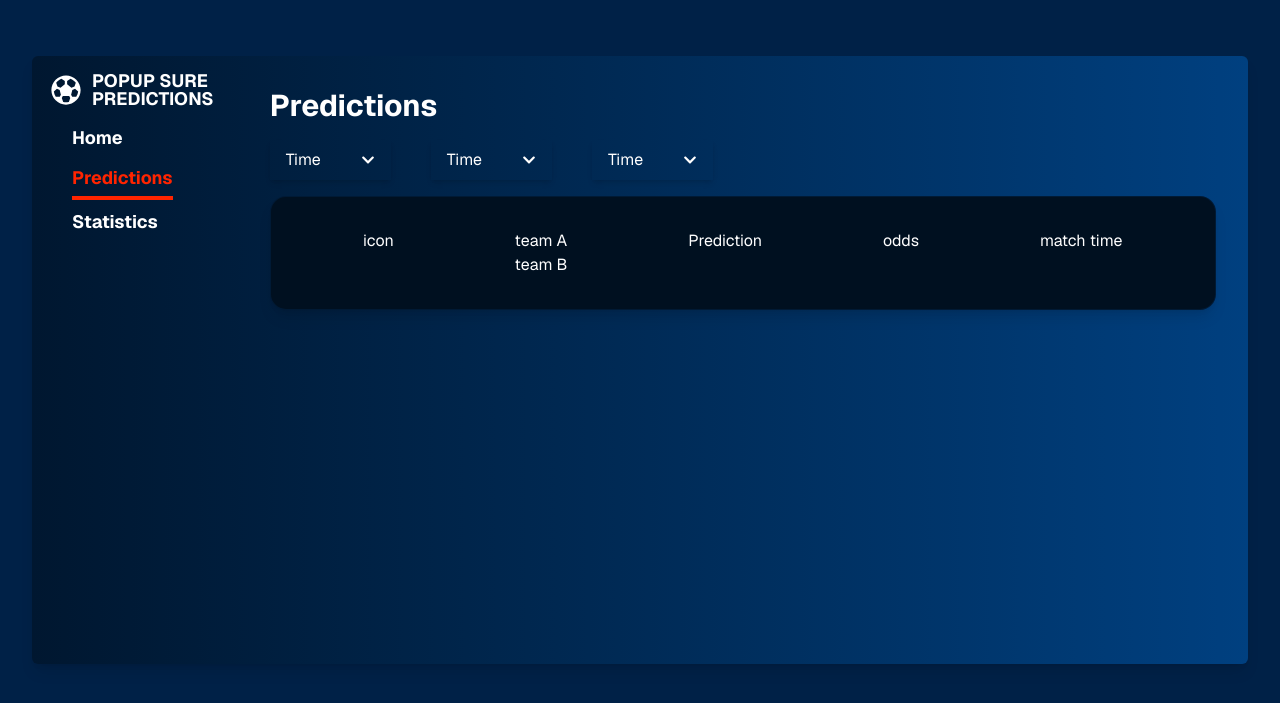
Repository: prototypedave/AlgoFooty
Page: /predictions (app in frontend/algo-footy/)
An editor plug-in stored every save of this project. The page is shown before and after the next save, followed by the edit.
The browser window is 1280 px wide. The pictures show the whole page.
The project was rebuilt for these pictures with package versions that can differ from the ones it lists, and the page was loaded fresh each time. The framework's server and built-in components were replaced by stand-ins that run in the browser. Also part of the build but not shown: frontend/algo-footy/next.config.ts.

Above is the page before, as saved 2025-11-03 08:04:18.

### frontend/algo-footy/app/predictions/page.tsx
"use client";

import Link from "next/link";
import { IoMdFootball } from "react-icons/io";
import { usePathname } from "next/navigation";
import DropdownButton from "@/components/dropdown";

export default function Predictions() {
    const pathname = usePathname();
    return (
        <div className="relative flex flex-col min-h-screen items-center justify-center bg-oxford-blue font-sans">
            <nav className="absolute inset-x-0 top-0 bottom-0 bg-gradient-to-r from-[#001730] to-[#004080] text-white max-h-full rounded-md mx-8 my-14 shadow-lg flex gap-10 p-4">
                <div className="flex flex-col">
                    <div className="flex gap-2">
                        <IoMdFootball className="text-4xl"/>
                        <p className="text-lg font-bold leading-none">
                            <span className="block">POPUP SURE </span>
                            <span className="block">PREDICTIONS</span>
                        </p>
                    </div>
                    <div className="flex flex-col items-start gap-2 pt-4 pl-6 font-bold text-lg text-white">
                        <Link
                            href="/home"
                            className={`pb-1 ${
                            pathname === "/home"
                                ? "border-b-4 border-black font-bold"
                                : "border-b-0"
                            }`}
                        >
                            Home
                        </Link>
                        <Link href="/predictions"
                            className={`inline-block pb-1 ${
                                pathname === "/predictions"? "border-b-4 border-orange-red font-bold text-orange-red" : "border-b-0 border-orange-red"
                            }`}>Predictions</Link>
                        <Link href={"/statistics"}>Statistics</Link>
                    </div>
                </div>
                <div className="flex flex-col p-4 gap-4 w-full">
                    <h1 className="text-3xl font-bold">Predictions</h1>
                    <div className="flex gap-10 w-full">
                            <DropdownButton />
                            <DropdownButton />
                            <DropdownButton />
                    </div>
                    <div className="flex w-full">
                        <ol className="w-full">
                            <li className="flex bg-[#001020] border border-[#003366]/30 rounded-2xl p-8 shadow-inner w-full shadow-lg justify-around">
                                <p>icon</p>
                                <div>
                                    <p>team A</p>
                                    <p>team B</p>
                                </div>
                                <p>Prediction</p>
                                <div>odds</div>
                                <div>match time</div>
                            </li>
                        </ol>
                    </div>
                </div>
            </nav>
        </div>
    );
}

### frontend/algo-footy/app/globals.css
@import "tailwindcss";

:root {
  --background: #ffffff;
  --foreground: #171717;
}

@theme inline {
  --color-background: var(--background);
  --color-foreground: var(--foreground);
  --font-sans: var(--font-geist-sans);
  --font-mono: var(--font-geist-mono);
}

@theme {
  --color-oxford-blue: #002147;
  --color-orange-red: #FF2400;
}

@media (prefers-color-scheme: dark) {
  :root {
    --background: #0a0a0a;
    --foreground: #ededed;
  }
}

body {
  background: var(--background);
  color: var(--foreground);
  font-family: Arial, Helvetica, sans-serif;
}

### frontend/algo-footy/components/dropdown.tsx
"use client";
import { useState } from "react";
import { FaChevronDown, FaChevronUp } from "react-icons/fa";

export default function DropdownButton() {
  const [open, setOpen] = useState(false);

  return (
    <div className="relative inline-block text-left">
      {/* Button */}
      <button
        onClick={() => setOpen(!open)}
        className="flex items-center justify-between gap-10 text-white-500 px-4 py-2 shadow-md hover:text-orange-red transition"
      >
        Time
        {open ? (
          <FaChevronUp className="text-sm" />
        ) : (
          <FaChevronDown className="text-sm" />
        )}
      </button>

      {/* Dropdown Menu */}
      {open && (
        <div className="absolute right-0 mt-2 w-48 shadow-lg">
          <ul className="py-1">
            <li>
              <a
                href="#profile"
                className="block px-4 py-2 text-white-300 hover:bg-orange-red"
              >
                Next 1hr
              </a>
            </li>
            <li>
              <a
                href="#settings"
                className="block px-4 py-2 text-white-200 hover:bg-orange-red"
              >
                Next 3hrs
              </a>
            </li>
            <li>
              <a
                href="#logout"
                className="block px-4 py-2 text-white-300 hover:bg-orange-red"
              >
                Next 6hrs
              </a>
            </li>
          </ul>
        </div>
      )}
    </div>
  );
}

Loaded but not shown: frontend/algo-footy/app/layout.tsx (common file)

After the next save:
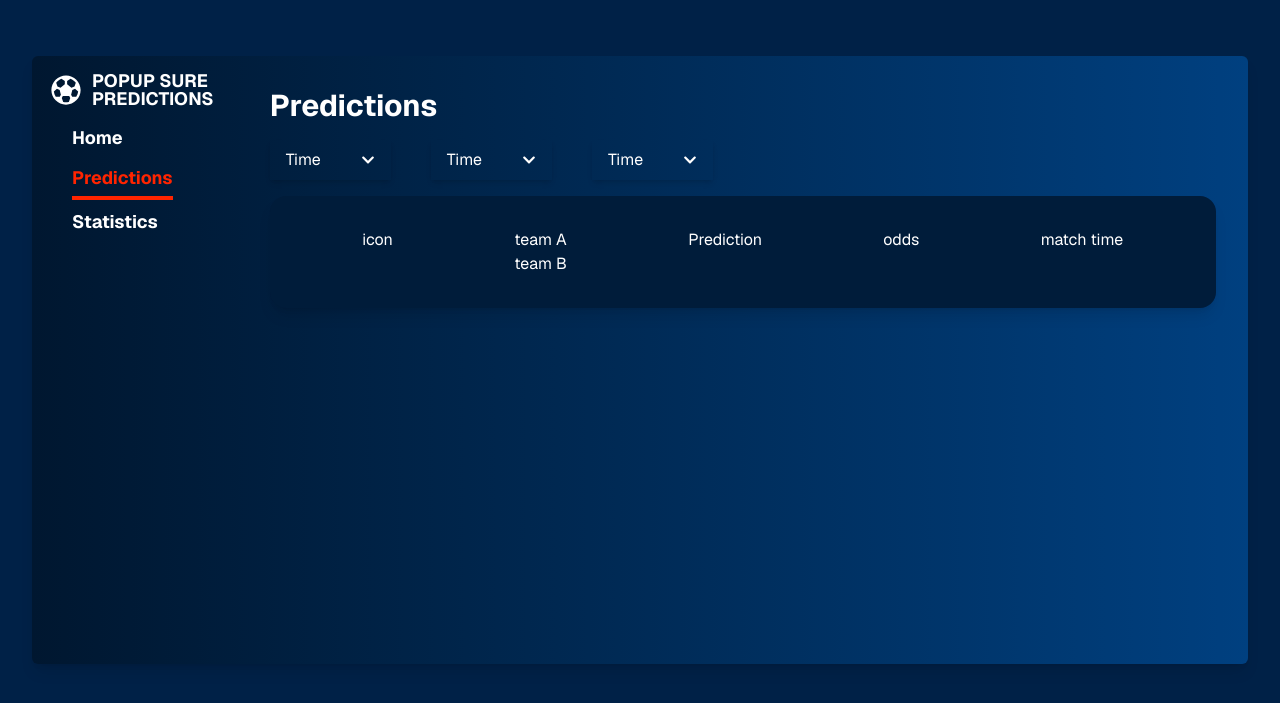
Saved 33 s later.
--- a/frontend/algo-footy/app/predictions/page.tsx
+++ b/frontend/algo-footy/app/predictions/page.tsx
@@ -45,7 +45,7 @@
                     </div>
                     <div className="flex w-full">
                         <ol className="w-full">
-                            <li className="flex bg-[#001020] border border-[#003366]/30 rounded-2xl p-8 shadow-inner w-full shadow-lg justify-around">
+                            <li className="flex bg-[#001c3a] p-8 rounded-2xl shadow-[0_0_25px_rgba(0,102,255,0.3)] w-full shadow-lg justify-around">
                                 <p>icon</p>
                                 <div>
                                     <p>team A</p>

After the save that followed:
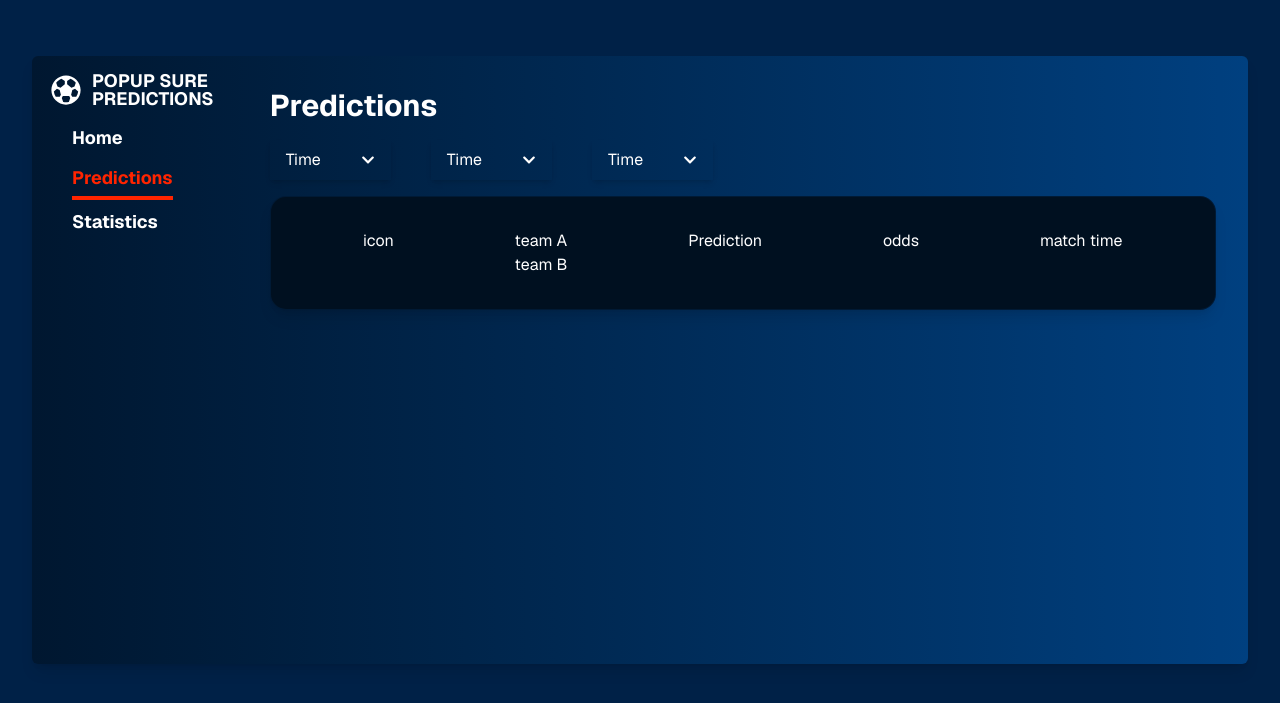
Saved 31 s later.
--- a/frontend/algo-footy/app/predictions/page.tsx
+++ b/frontend/algo-footy/app/predictions/page.tsx
@@ -45,7 +45,7 @@
                     </div>
                     <div className="flex w-full">
                         <ol className="w-full">
-                            <li className="flex bg-[#001c3a] p-8 rounded-2xl shadow-[0_0_25px_rgba(0,102,255,0.3)] w-full shadow-lg justify-around">
+                            <li className="flex bg-[#001020] border border-[#003366]/30 rounded-2xl p-8 shadow-inner w-full shadow-lg justify-around">
                                 <p>icon</p>
                                 <div>
                                     <p>team A</p>
